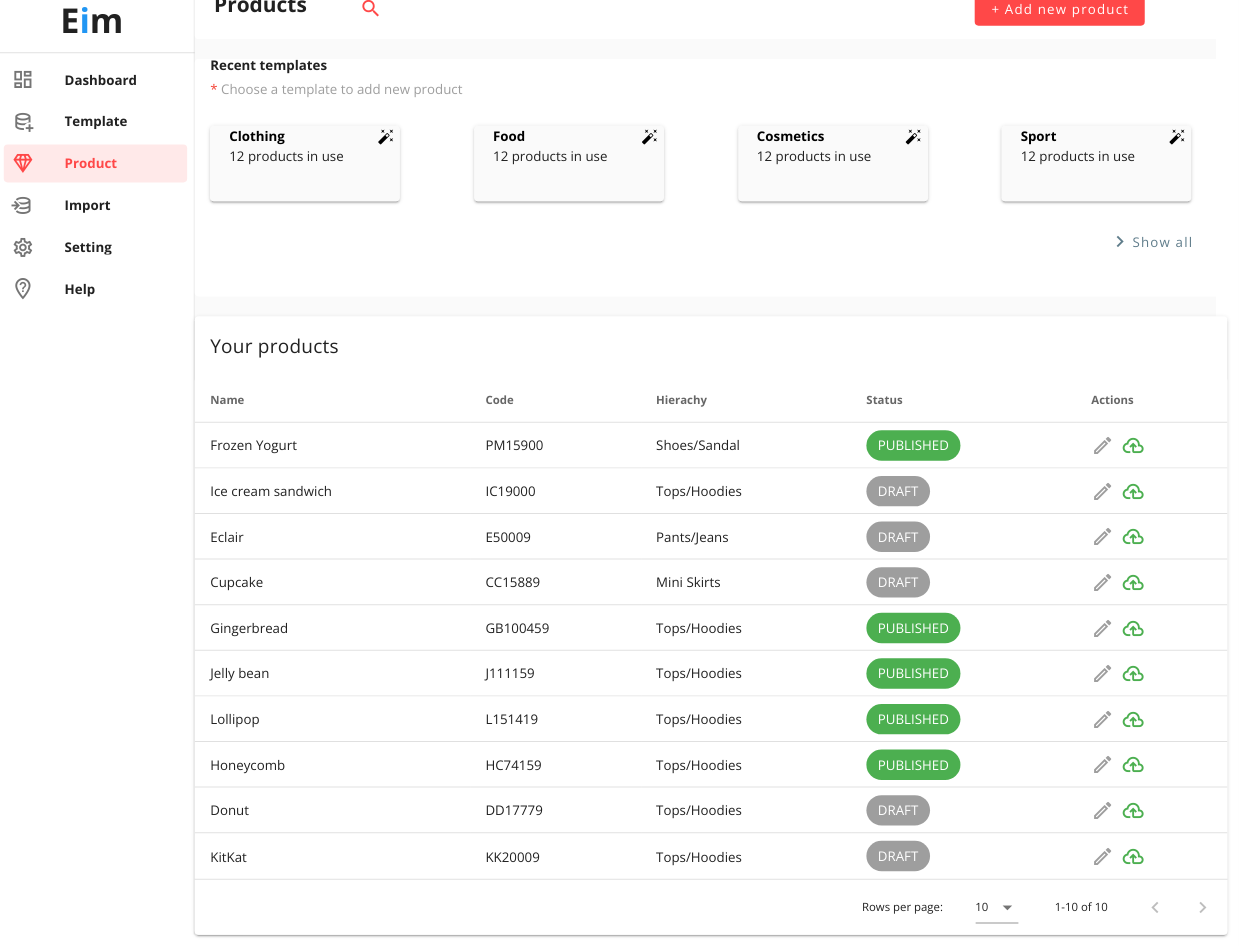
Repository: nguyenphuong152/pim-template
Page: /product
These files come from the project's save history. The page is drawn as it stood at one moment and after the next save; the edit follows.
The browser window is 1280 px wide. The page is 1304 px wide, so the pictures cover 1304 px, including what lies to the right of the window. The pictures show the whole page, at 95% of full size.
The project was rebuilt for these pictures with package versions that can differ from the ones it lists, and the page was loaded fresh each time. Also part of the build but not shown: vue.config.js, src/views/Home.vue, src/components/Outcome_1/SearchTemplate.vue, src/components/Outcome_1/YourTemplate.vue, src/components/Outcome_1/ListComponent.vue, src/components/Outcome_1/AddInfo.vue, src/components/Outcome_1/AddDetail.vue, src/components/Outcome_1/ListComponentProgressive.vue and 18 more.

Above is the page before, as saved 2021-01-19 09:15:03.

### public/index.html
<!DOCTYPE html>
<html lang="en">
  <head>
    <meta charset="utf-8" />
    <meta http-equiv="X-UA-Compatible" content="IE=edge" />
    <meta name="viewport" content="width=device-width,initial-scale=1.0" />
    <link rel="icon" href="<%= BASE_URL %>favicon.ico" />
    <link rel="preconnect" href="https://fonts.gstatic.com" />
    <link rel="preconnect" href="https://fonts.gstatic.com" />
    <link rel="preconnect" href="https://fonts.gstatic.com" />
    <link
      href="https://fonts.googleapis.com/css2?family=Open+Sans:wght@300;400;600;700;800&display=swap"
      rel="stylesheet"
    />
    <link
      href="https://fonts.googleapis.com/css?family=Montserrat:300,400,500,600,700"
      rel="stylesheet"
    />
    <title><%= htmlWebpackPlugin.options.title %></title>
    <link
      rel="stylesheet"
      href="https://fonts.googleapis.com/css?family=Roboto:100,300,400,500,700,900"
    />
    <link
      rel="stylesheet"
      href="https://cdn.jsdelivr.net/npm/@mdi/font@latest/css/materialdesignicons.min.css"
    />
  </head>
  <body>
    <noscript>
      <strong
        >We're sorry but <%= htmlWebpackPlugin.options.title %> doesn't work
        properly without JavaScript enabled. Please enable it to
        continue.</strong
      >
    </noscript>
    <div id="app"></div>
    <!-- built files will be auto injected -->
  </body>
</html>

### src/main.js
import Vue from "vue";
import App from "./App.vue";
import router from "./router";
import "../sass/style.scss";
import vuetify from "./plugins/vuetify";
import store from "./store";
import { VueMaskDirective } from "v-mask";
Vue.directive("mask", VueMaskDirective);

Vue.config.productionTip = false;

new Vue({
  store,
  router,
  vuetify,
  render: (h) => h(App),
}).$mount("#app");

### src/App.vue
<template>
  <v-app v-bind:style="{ background: activeColor }">
    <v-card height="80" flat class="hidden-md-and-up align-baseline">
      <v-row style="height:0px">
        <v-col class="px-0" cols="3">
          <span class="logo text-start">
            E<span class="blue--text">i</span>m</span
          >
        </v-col>
        <v-col>
          <div class="text-end">
            <v-menu offset-y>
              <template v-slot:activator="{ on }">
                <v-app-bar-nav-icon v-on="on"></v-app-bar-nav-icon>
              </template>
              <v-list>
                <v-list-item
                  v-for="(item, index) in items"
                  :key="index"
                  :to="item.path"
                  color="blue"
                >
                  <v-list-item-title class="text-start">{{
                    item.title
                  }}</v-list-item-title>
                </v-list-item>
              </v-list>
            </v-menu>
          </div>
        </v-col>
      </v-row>
    </v-card>

    <v-row>
      <v-col cols="2" class="pa-0 hidden-xs-only">
        <v-navigation-drawer permanent width="220" class="hidden-xs-only">
          <v-list-item>
            <v-list-item-content>
              <v-list-item-title class="logo">
                E<span class="blue--text">i</span>m
              </v-list-item-title>
            </v-list-item-content>
          </v-list-item>

          <v-divider></v-divider>

          <v-list dense nav class="text-start pl-4">
            <v-list-item
              v-for="item in items"
              :key="item.title"
              :to="item.path"
              color="#FF4848"
            >
              <v-list-item-icon>
                <v-icon>{{ item.icon }}</v-icon>
              </v-list-item-icon>
              <v-list-item-content>
                <v-list-item-title class="template-title font-weight-bold ">{{
                  item.title
                }}</v-list-item-title>
              </v-list-item-content>
            </v-list-item>
          </v-list>
        </v-navigation-drawer>
      </v-col>
      <v-col class="pa-0">
        <router-view />
      </v-col>
    </v-row>
  </v-app>
</template>

<script>
export default {
  name: "App",
  components: {},
  watch: {
    $route(to) {
      document.title = `${to.meta.title}`;
    },
  },
  data() {
    return {
      clicked: false,
      activeColor: "#FAFAFA",
      items: [
        { title: "Dashboard", icon: "mdi-view-dashboard-outline", path: "" },
        {
          title: "Template",
          icon: "mdi-database-plus-outline",
          path: "/template",
        },
        { title: "Product", icon: "mdi-diamond-stone", path: "/product" },
        {
          title: "Import",
          icon: "mdi-database-import-outline",
          path: "/import",
        },

        { title: "Setting", icon: "mdi-cog-outline", path: "" },
        { title: "Help", icon: "mdi-map-marker-question-outline", path: "" },
      ],
      right: null,
    };
  },
};
</script>

### src/router/index.js
import Vue from "vue";
import VueRouter from "vue-router";
import Home from "../views/Home.vue";
import Template from "../views/Outcome_1/CreateProductTemplate.vue";
import Product from "../views/Outcome_2/Outcome_2_screen.vue";
import AddProduct from "../views/Outcome_2/AddProduct.vue";
import Import from "../views/Outcome_3/outcome3_screen.vue";

Vue.use(VueRouter);

const routes = [
  {
    path: "/",
    name: "Home",
    component: Home,
  },
  {
    path: "/template",
    name: "Template",
    component: Template,
    meta: {
      title: "Add Template",
    },
  },
  {
    path: "/product",
    name: "Product",
    component: Product,
    meta: {
      title: "Product",
    },
  },
  {
    path: "/addproduct/:name",
    name: "AddProduct",
    component: AddProduct,
    meta: {
      title: "Add Product",
    },
  },
  {
    path: "/import",
    name: "Import",
    component: Import,
    meta: {
      title: "Import",
    },
  },
  {
    path: "/about",
    name: "About",
    // route level code-splitting
    // this generates a separate chunk (about.[hash].js) for this route
    // which is lazy-loaded when the route is visited.
    component: () =>
      import(/* webpackChunkName: "about" */ "../views/About.vue"),
  },
];

const router = new VueRouter({
  mode: "history",
  base: process.env.BASE_URL,
  routes,
});

export default router;

### sass/style.scss
$font-primary: 'Open Sans',
sans-serif;

@import "~vuetify/src/styles/styles.sass";

$fontsize-content: 14px;
$fontsize-title: 24px;
$fontsize-logo:36px;
$fontsize-header:22px;
$fontsize-nav:20px;


#app {
  font-family: $font-primary;
   font-size:$fontsize-content;
  -webkit-font-smoothing: antialiased;
  -moz-osx-font-smoothing: grayscale;
  text-align: center;
  color: #2c3e50;
}

#nav {
  padding: 30px;
}

#nav a {
  font-weight: bold;
  color: #2c3e50;
}

#nav a.router-link-exact-active {
  color: #42b983;
}

.title {
  font: $font-primary !important;
  font-size: $fontsize-nav !important;
}

.logo {
  @extend .title;
  font-weight: 700 !important;
  font-size: $fontsize-logo !important;
}

.text-header {
  font: $font-primary !important;
  font-size: $fontsize-header !important;
  font-weight: 700;
}


.template-title {
  @extend .title;
  font-size: $fontsize-content !important;
}

### src/store/index.js
import Vue from "vue";
import Vuex from "vuex";

Vue.use(Vuex);

import state from "./state";
import * as getters from "./getters";
import * as mutations from "./mutations";
import * as actions from "./actions";

export default new Vuex.Store({
  state,
  getters,
  mutations,
  actions,
});

### src/views/Outcome_2/Outcome_2_screen.vue
<template>
  <div>
    <v-row>
      <v-col height="100%"
        ><Search />
        <br />
        <RecentTemplate />
        <br />
        <ListProduct
          :class="{
            'mx-6': $vuetify.breakpoint.smAndDown,
            'ma-0': $vuetify.breakpoint.mdAndUp,
          }"
        />
      </v-col>
    </v-row>
  </div>
</template>

<script>
import Search from "../../components/Outcome_2/SearchProduct";
import RecentTemplate from "../../components/Outcome_2/RecentTemplate";
import ListProduct from "../../components/Outcome_2/ListProduct";
export default {
  components: {
    Search,
    RecentTemplate,
    ListProduct,
  },
};
</script>

<style></style>

### src/store/state.js
export default {
  listNewComponent: [],

  basicInfo: [],
  textComponent: [],
  imageComponent: null,
  videoComponent: null,
  colorComponent: null,
  dateComponent: [],
  selectComponent: {
    selectionTitle: [],
  },
  listTemplate: [],
  customComponent: [],

  toogleRerenderComponent: 0,
  generateImage: 1,
};

### src/store/getters.js
export const listComponent = (state) => {
  return state.listNewComponent;
};

export const basicInfo = (state) => {
  return state.basicInfo;
};

export const textComponent = (state) => {
  return state.textComponent;
};
export const imageComponent = (state) => {
  return state.imageComponent;
};
export const videoComponent = (state) => {
  return state.videoComponent;
};
export const colorComponent = (state) => {
  return state.colorComponent;
};
export const dateComponent = (state) => {
  return state.dateComponent;
};
export const selectComponent = (state) => {
  return state.selectComponent;
};

export const key = (state) => {
  return state.toogleRerenderComponent;
};

export const listTemplate = (state) => {
  return state.listTemplate;
};

export const generateImage = (state) => {
  return state.generateImage;
};

### src/store/actions.js
export const addComponentToList = ({ commit }, { component }) => {
  commit("ADD_TO_LIST", { component });
};

export const deleteComponentFromList = ({ commit }, component) => {
  commit("DELETE_FROM_LIST", component);
};

export const addBasicInfoForTemplate = ({ commit }, { basicInfo }) => {
  commit("ADD_BASIC_INFO_FOR_TEMPLATE", basicInfo);
};

export const addTextComponentForTemplate = ({ commit }, { textComponent }) => {
  commit("ADD_TEXT_COMPONENT_FOR_TEMPLATE", textComponent);
};

export const addImageComponentForTemplate = ({ commit }, { countImage }) => {
  commit("ADD_IMAGE_COMPONENT_FOR_TEMPLATE", countImage);
};

export const addVideoComponentForTemplate = ({ commit }, { countVideo }) => {
  commit("ADD_VIDEO_COMPONENT_FOR_TEMPLATE", countVideo);
};

export const addColorComponentForTemplate = ({ commit }, { countColor }) => {
  commit("ADD_COLOR_COMPONENT_FOR_TEMPLATE", countColor);
};

export const addDateComponentForTemplate = ({ commit }, { dateComponent }) => {
  commit("ADD_DATE_COMPONENT_FOR_TEMPLATE", dateComponent);
};

export const addSelectComponentForTemplate = (
  { commit },
  { title, selections }
) => {
  commit("ADD_SELECT_COMPONENT_FOR_TEMPLATE", { title, selections });
};

export const rerenderComponent = ({ commit }) => {
  commit("RERENDER_COMPONENT");
};

export const generateImage = ({ commit }) => {
  commit("GENERATE_IMAGE");
};

export const deleteListTemplate = ({ commit }) => {
  commit("DELETE_LIST");
};

export const createTemplate = (
  { commit },
  {
    name,
    basicInfo,
    textComponent,
    imageComponent,
    videoComponent,
    colorComponent,
    dateComponent,
    selectComponent,
  }
) => {
  commit("CREATE_TEMPLATE", {
    name,
    basicInfo,
    textComponent,
    imageComponent,
    videoComponent,
    colorComponent,
    dateComponent,
    selectComponent,
  });
};

### src/components/Outcome_2/SearchProduct.vue
<template>
  <v-card class="text-start" height="65" flat>
    <v-row class="d-flex align-baseline">
      <v-col class="text-header pl-8" cols="2">Products</v-col>
      <v-col class="px-0">
        <v-icon color="#ff4848">
          mdi-magnify
        </v-icon></v-col
      >
      <v-col sm="8" md="3" class="pa-0 hidden-xs-only">
        <v-btn
          depressed
          color="#ff4848"
          class="white--text text-none font-weight-medium"
        >
          + Add new product</v-btn
        >
      </v-col>
    </v-row>
  </v-card>
</template>

<script>
export default {
  methods: {},
};
</script>

<style></style>

### src/components/Outcome_2/RecentTemplate.vue
<template>
  <v-card :height="setHeight" width="100%" class="py-2" flat>
    <v-row class="align-baseline mx-4">
      <v-col class="py-0 text-start px-0" cols="9"
        ><span class="font-weight-bold">Recent templates</span>
      </v-col>
    </v-row>
    <v-row class="mx-4 my-4">
      <span class="grey--text"
        ><span class="red--text">* </span> Choose a template to add new
        product</span
      >
    </v-row>
    <v-row>
      <v-col v-for="(item, i) in items" :key="i" class="mx-4 " xs="6">
        <v-card
          color="#fafafa"
          :width="setWidthCard"
          height="80"
          @click="addProduct(item.name)"
        >
          <div class="d-flex child-flex justify-space-between">
            <v-row>
              <v-col class="text-start pl-8">
                <span class="template-title font-weight-bold black--text">{{
                  item.name
                }}</span>
                <br />
                <span class="font-weight-thin">{{ item.products }}</span>
              </v-col>
              <v-col cols="1">
                <v-icon color="black" size="18" @click="showAddTemplate()"
                  >mdi-auto-fix</v-icon
                >
              </v-col>
            </v-row>
          </div>
        </v-card>
      </v-col>
      <v-row class="align-baseline hidden-md-and-up">
        <v-col class="text-start pl-10">
          <v-btn outlined style="text-transform:none" color="blue"
            >Add template</v-btn
          >
        </v-col>
        <v-col cols="5">
          <v-dialog v-model="dialog" scrollable max-width="300px">
            <template v-slot:activator="{ on, attrs }">
              <v-btn
                color="blue-grey"
                dark
                v-bind="attrs"
                v-on="on"
                text
                style="text-transform:none"
              >
                <v-icon color="blue-grey"> mdi-chevron-right </v-icon>Show all
              </v-btn>
            </template>
            <v-card height="100%">
              <v-card-title>
                Your template
                <v-spacer></v-spacer>
                <v-icon color="red" @click="dialog = false"
                  >mdi-window-close</v-icon
                >
              </v-card-title>
              <v-divider></v-divider>
              <v-card-text style="height:500px;">
                <v-col v-for="(item, i) in templates" :key="i"
                  ><v-card color="#fafafa" @click="addProduct(item.name)">
                    <div class="d-flex flex-no-wrap justify-space-between">
                      <div>
                        <v-row>
                          <v-col class="text-start pl-8">
                            <span
                              class="template-title font-weight-bold black--text"
                              >{{ item.name }}</span
                            >
                            <br />
                            <span class="font-weight-thin">{{
                              item.products
                            }}</span>
                          </v-col>
                        </v-row>
                      </div>
                    </div>
                  </v-card></v-col
                ></v-card-text
              >
            </v-card>
          </v-dialog>
        </v-col>
      </v-row>
    </v-row>
    <v-row>
      <v-col cols="10" class="px-0"></v-col>
      <v-col class="px-0">
        <v-dialog v-model="dialog" scrollable max-width="300px">
          <template v-slot:activator="{ on, attrs }">
            <v-btn
              color="blue-grey"
              dark
              v-bind="attrs"
              v-on="on"
              text
              style="text-transform:none"
            >
              <v-icon color="blue-grey"> mdi-chevron-right </v-icon>Show all
            </v-btn>
          </template>
          <v-card height="100%">
            <v-card-title>
              Your template
              <v-spacer></v-spacer>
              <v-icon color="red" @click="dialog = false"
                >mdi-window-close</v-icon
              >
            </v-card-title>
            <v-divider></v-divider>
            <v-card-text style="height:500px;">
              <v-col v-for="(item, i) in templates" :key="i"
                ><v-card color="#fafafa" @click="addProduct(item.name)">
                  <div class="d-flex flex-no-wrap justify-space-between">
                    <div>
                      <v-row>
                        <v-col class="text-start pl-8">
                          <span
                            class="template-title font-weight-bold black--text"
                            >{{ item.name }}</span
                          >
                          <br />
                          <span class="font-weight-thin">{{
                            item.products
                          }}</span>
                        </v-col>
                      </v-row>
                    </div>
                  </div>
                </v-card></v-col
              ></v-card-text
            >
          </v-card>
        </v-dialog>
      </v-col>
    </v-row>
  </v-card>
</template>

<script>
export default {
  data: () => ({
    dialog: false,
    items: [
      {
        name: "Clothing",
        products: "12 products in use",
      },
      {
        name: "Food",
        products: "12 products in use",
      },
      {
        name: "Cosmetics",
        products: "12 products in use",
      },
      {
        name: "Sport",
        products: "12 products in use",
      },
    ],
    templates: [
      {
        name: "Clothing",
        products: "12 products in use",
      },
      {
        name: "Food",
        products: "12 products in use",
      },
      {
        name: "Cosmetics",
        products: "12 products in use",
      },
      {
        name: "Sport",
        products: "12 products in use",
      },
    ],
  }),
  methods: {
    addProduct(text) {
      this.$router.push({
        name: "AddProduct",
        params: { name: text },
      });
    },
  },
  created() {
    this.listTemplate = this.$store.getters.listTemplate;
    for (var i = 0; i < this.listTemplate.length; i++) {
      var element = {};
      element.name = this.listTemplate[i].name;
      element.products = "Add new product !";
      this.templates.unshift(element);
    }
  },
  computed: {
    setHeight() {
      if (
        this.$vuetify.breakpoint.name === "xs" ||
        this.$vuetify.breakpoint.name === "sm"
      ) {
        return 350;
      } else return 250;
    },
    setWidthCard() {
      if (
        this.$vuetify.breakpoint.name === "xs" ||
        this.$vuetify.breakpoint.name === "sm"
      ) {
        return 150;
      } else if (this.$vuetify.breakpoint.name === "md") {
        return 200;
      } else return 200;
    },
  },
};
</script>

<style></style>

### src/components/Outcome_2/ListProduct.vue
<template>
  <v-card>
    <v-card-title>
      Your products
    </v-card-title>
    <v-data-table :headers="headers" :items="desserts">
      <template v-slot:item.status="{ item }">
        <v-chip :color="getColor(item.status)" dark>
          {{ item.status }}
        </v-chip>
      </template>
      <template v-slot:item.actions="{ item }">
        <v-icon medium class="mr-2" @click="editItem(item)" color="grey">
          mdi-pencil-outline
        </v-icon>
        <v-icon medium @click="deleteItem(item)" color="green">
          mdi-cloud-upload-outline
        </v-icon>
      </template>
    </v-data-table>
  </v-card>
</template>

<script>
export default {
  data() {
    return {
      search: "",
      headers: [
        {
          text: "Name",
          align: "start",
          sortable: false,
          value: "name",
        },
        { text: "Code", value: "code" },
        { text: "Hierachy", value: "hierachy" },
        { text: "Status", value: "status" },
        { text: "Actions", value: "actions", sortable: false },
      ],
      desserts: [
        {
          name: "Frozen Yogurt",
          code: "PM15900",
          hierachy: "Shoes/Sandal",
          status: "PUBLISHED",
        },
        {
          name: "Ice cream sandwich",
          code: "IC19000",
          hierachy: "Tops/Hoodies",
          status: "DRAFT",
        },
        {
          name: "Eclair",
          code: "E50009",
          hierachy: "Pants/Jeans",
          status: "DRAFT",
        },
        {
          name: "Cupcake",
          code: "CC15889",
          hierachy: "Mini Skirts",
          status: "DRAFT",
        },
        {
          name: "Gingerbread",
          code: "GB100459",
          hierachy: "Tops/Hoodies",
          status: "PUBLISHED",
        },
        {
          name: "Jelly bean",
          code: "J111159",
          hierachy: "Tops/Hoodies",
          status: "PUBLISHED",
        },
        {
          name: "Lollipop",
          code: "L151419",
          hierachy: "Tops/Hoodies",
          status: "PUBLISHED",
        },
        {
          name: "Honeycomb",
          code: "HC74159",
          hierachy: "Tops/Hoodies",
          status: "PUBLISHED",
        },
        {
          name: "Donut",
          code: "DD17779",
          hierachy: "Tops/Hoodies",
          status: "DRAFT",
        },
        {
          name: "KitKat",
          code: "KK20009",
          hierachy: "Tops/Hoodies",
          status: "DRAFT",
        },
      ],
    };
  },
  methods: {
    getColor(status) {
      if (status === "DRAFT") return "grey";
      else return "green";
    },
  },
};
</script>

Loaded but not shown: src/plugins/vuetify.js (common file); src/store/mutations.js (113 lines, source omitted)

After the next save:
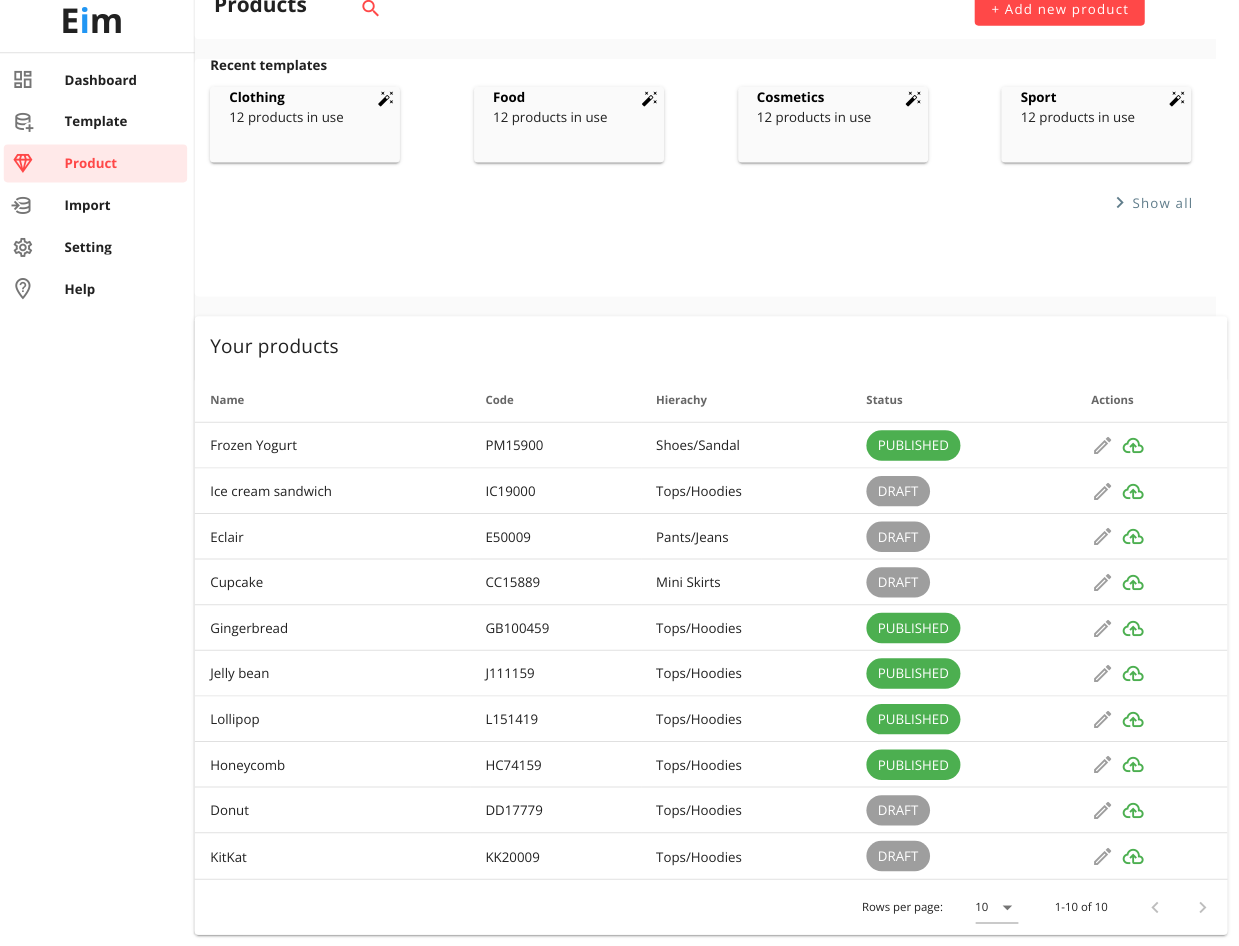
Saved 70 s later.
--- a/src/components/Outcome_2/RecentTemplate.vue
+++ b/src/components/Outcome_2/RecentTemplate.vue
@@ -4,12 +4,6 @@
       <v-col class="py-0 text-start px-0" cols="9"
         ><span class="font-weight-bold">Recent templates</span>
       </v-col>
-    </v-row>
-    <v-row class="mx-4 my-4">
-      <span class="grey--text"
-        ><span class="red--text">* </span> Choose a template to add new
-        product</span
-      >
     </v-row>
     <v-row>
       <v-col v-for="(item, i) in items" :key="i" class="mx-4 " xs="6">
